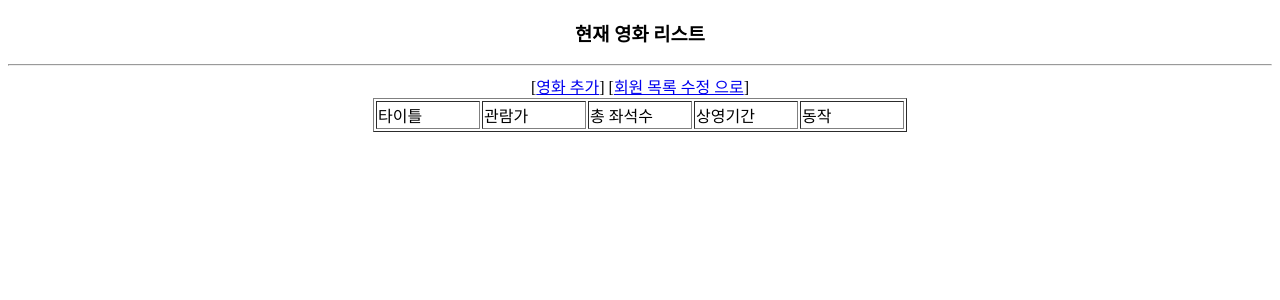
Repository: Juseong-Bang/jspWebProject
Page: http://localhost/FilmBooking/af_list.jsp
These files come from the project's save history. The page is drawn as it stood at one moment and after the next save; the edit follows.
The browser window is 1280 px wide. The pictures show the whole page.
The page is served by Tomcat 9. Queries for data that is not in the repository find no rows.

Above is the page before, as saved 2017-12-02 15:30:31.

After the next save:
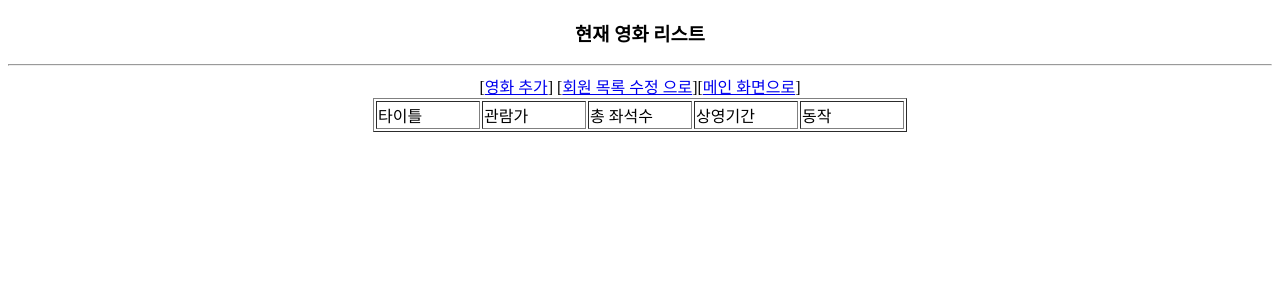
Saved 4 min 57 s later.
--- a/FilmBooking/WebContent/af_list.jsp
+++ b/FilmBooking/WebContent/af_list.jsp
@@ -18,7 +18,7 @@
 	<div align="center">
 		<h3>현재 영화 리스트</h3>
 		<hr>
-		[<a href=insert.jsp>영화 추가</a>] [<a href=am_list.jsp>회원 목록 수정 으로</a>]
+		[<a href=insert.jsp>영화 추가</a>] [<a href=am_list.jsp>회원 목록 수정 으로</a>][<a href=film_list.jsp>메인 화면으로</a>]
 		<table border="1">
 			<tr>
 				<td width=100>타이틀</td>
